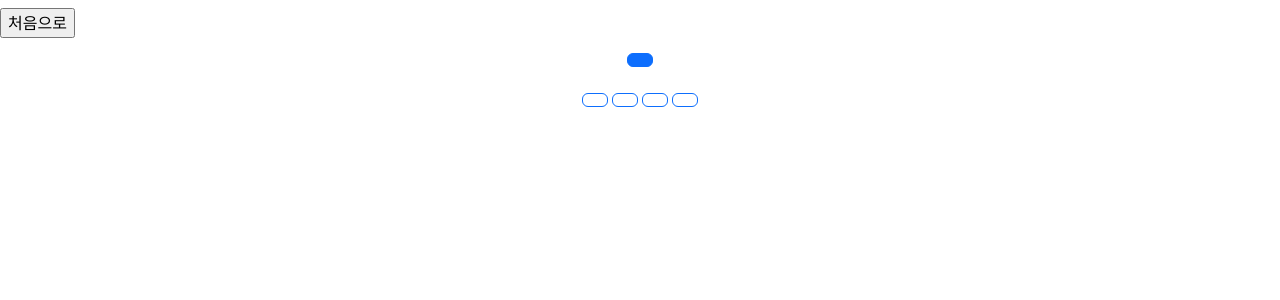
Repository: kokoko12334/myvocab-toy
Page: http://localhost/myVocabularyList/quiz
These files come from the project's save history. The page is drawn as it stood at one moment and after the next save; the edit follows.
The browser window is 1280 px wide. The pictures show the whole page.
After loading, the first visible `button.btn` was clicked once.
The page is served by Tomcat 9. The session is filled in as if someone had signed in: {"id": 1, "pwd": 1, "list": 1}. Other server files are loaded and not shown. Queries for data that is not in the repository find no rows.

Above is the page before, as saved 2023-04-07 14:13:14.
Console error: TypeError: Cannot read properties of undefined (reading 'sort')

### myVocabularyList/src/main/webapp/WEB-INF/views/myvocabulary/quiz.jsp
<%@ page language="java" contentType="text/html; charset=UTF-8"
    pageEncoding="UTF-8"%>
<%@ taglib prefix="c" uri = "http://java.sun.com/jsp/jstl/core" %>

<!DOCTYPE html>
<html>
<head>
<meta charset="UTF-8">
<title>quiz</title>
<link href="https://cdn.jsdelivr.net/npm/bootstrap@5.3.0-alpha3/dist/css/bootstrap.min.css" rel="stylesheet" integrity="sha384-KK94CHFLLe+nY2dmCWGMq91rCGa5gtU4mk92HdvYe+M/SXH301p5ILy+dN9+nJOZ" crossorigin="anonymous">


</head>

<body>
	<div class = "my-2">
		<form action = "/login" method = "post">
			<input type = "hidden" name = "id"  value = "${id}">
			<input type = "hidden" name = "pwd" value =  "${pwd}">
			<input type = submit value = "처음으로">
		</form>
	</div>

	<div id = "start" class="col text-center">
		<button class="btn btn-secondary btn-lg" onclick="start()">시작하기</button>
	</div>

	<div id = "quiz"  style = "display:none">

		<div class="col text-center">
			<button id = "eng" type="button" class="btn btn-primary"></button><br>
		</div>
		<div class="col text-center my-3">
			<button id = "op1" type="button" class="btn btn-outline-primary" onclick='next(this.id)'></button>
			<button id = "op2" type="button" class="btn btn-outline-primary" onclick='next(this.id)'></button>
			<button id = "op3" type="button" class="btn btn-outline-primary" onclick='next(this.id)'></button>
			<button id = "op4" type="button" class="btn btn-outline-primary" onclick='next(this.id)'></button>
		</div>
	</div>




	<div id = "end" style = "display:none">
		<div class="col text-center">
			<button type="button" class="btn btn-secondary btn-lg" onclick="location.href='/quiz?id=${param.id}&name=${param.name}'">재 시작</button>
		</div>
		<h3>결과</h3>
    <table class="table table-sm" id = "t">
        <colgroup>
            <col width=10%>
            <col width=20%>
            <col width=40%>
            <col width=30%>
        </colgroup>


        <tr>
            <th>-</th>
            <th>단어</th>
            <th>정답</th>
            <th>결과</th>
        </tr>




    </table>

	</div>


<script>
	function shuffle(array) {
	 array.sort(() => Math.random() - 0.5);
	}

	function random_quiz(arr){
 		//선택지 랜덤화
 		shuffle(arr);

 		var rand = {}
 		for(var i in arr){
 			var english = arr[i][0];
 			var korean = arr[i][1];




 			let difference = choose.filter(x => x !== korean);
 			var options = [korean];

 			for(var i = 0; i<3; i++){

 				const random = Math.floor(Math.random() * difference.length)
 				options.push(difference[random])
 				difference.splice(random,1)
 			}



 			rand[english] = options;
 		}

 	 return rand
 	}




 	var arr = new Array();
	var choose = new Array();
	var english = new Array();
 	const hash = {};
 	const score = {};
 	<c:forEach var = "w" items = "${list}" varStatus = "st">
 		arr.push(["${w[0]}","${w[1]}","${w[2]}"])
 		english.push("${w[0]}");
 		choose.push("${w[1]}");
 		hash["${w[0]}"] =  "${w[1]}"
 		score["${w[0]}"] = 0
 	</c:forEach>





 	const rand = random_quiz(arr);
 	shuffle(english);
 	console.log(english);
 	console.log(rand);


 	var idx = 0;

 	function start(){
 		document.getElementById("quiz").style.display ="";
 		document.getElementById("start").style.display ="none";

 		var e = english[idx];
 		var op_arr = rand[e];
 		shuffle(op_arr);
 		console.log(op_arr)
 		var option1 = op_arr[0]
 		var option2 = op_arr[1]
 		var option3 = op_arr[2]
 		var option4 = op_arr[3]
 		document.getElementById("eng").innerHTML=e;
 		document.getElementById("op1").innerHTML=option1;
 		document.getElementById("op2").innerHTML=option2;
 		document.getElementById("op3").innerHTML=option3;
 		document.getElementById("op4").innerHTML=option4;

 	}




	function next(op_id){

		var e = document.getElementById("eng").innerText;
		var k = document.getElementById(op_id).innerText;

		var correct = hash[e];

		if(k == correct){
			alert("맞았다!");
			score[e] += 1
			console.log(score[e])
		}else{
			alert("틀렸다...");
		}





		let table_tag = document.getElementById('t');

		let tr_tag = document.createElement('tr');
		table_tag.appendChild(tr_tag);
		if(score[e] == 1){
			var r = "맞춤"
		}else{ var r = "틀림"}

		var arr2 = [idx+1,e,correct, r];
		for(var i=0; i<4; i++){
			let td_tag = document.createElement('td');
			td_tag.innerHTML = arr2[i];
			if(r =="틀림"){
				td_tag.style.backgroundColor = '#F06E6E';
			}
			tr_tag.appendChild(td_tag);
		}




		idx += 1
 		if(idx < arr.length){

 			var e = english[idx];
 	 		var op_arr = rand[e];
 	 		shuffle(op_arr);
 	 		console.log(op_arr)
 	 		var option1 = op_arr[0]
 	 		var option2 = op_arr[1]
 	 		var option3 = op_arr[2]
 	 		var option4 = op_arr[3]
 	 		document.getElementById("eng").innerHTML=e;
 	 		document.getElementById("op1").innerHTML=option1;
 	 		document.getElementById("op2").innerHTML=option2;
 	 		document.getElementById("op3").innerHTML=option3;
 	 		document.getElementById("op4").innerHTML=option4;

 		}else{
 			document.getElementById("end").style.display ="";
 			document.getElementById("quiz").style.display ="none";




 		}


 	};




</script>





</html>

### myVocabularyList/src/main/java/com/ko/web/controller/QuizController.java
package com.ko.web.controller;

import java.io.IOException;
import java.sql.SQLException;
import java.util.List;

import javax.servlet.ServletException;
import javax.servlet.annotation.WebServlet;
import javax.servlet.http.HttpServlet;
import javax.servlet.http.HttpServletRequest;
import javax.servlet.http.HttpServletResponse;

import com.ko.web.service.WordsService;


@WebServlet("/quiz")
public class QuizController extends HttpServlet {



	@Override
	protected void doGet(HttpServletRequest req, HttpServletResponse resp) throws ServletException, IOException {

		String id = req.getParameter("id");
		String vocabName = req.getParameter("name");


		WordsService svc = new WordsService();


		try {

			List<List<String>> list = svc.getwords(id, vocabName);
			req.setAttribute("list", list);
			req.getRequestDispatcher("/WEB-INF/views/myvocabulary/quiz.jsp").forward(req, resp);

		} catch (ClassNotFoundException e) {

			e.printStackTrace();
		} catch (SQLException e) {

			e.printStackTrace();
		}












	}

}

### myVocabularyList/src/main/java/com/ko/web/service/WordsService.java
package com.ko.web.service;

import java.sql.Connection;
import java.sql.DriverManager;
import java.sql.PreparedStatement;
import java.sql.ResultSet;
import java.sql.SQLException;
import java.util.ArrayList;
import java.util.HashMap;
import java.util.List;

import com.ko.web.entity.WordsDto;
import com.mysql.cj.protocol.Resultset;

public class WordsService {
	String driver = "com.mysql.cj.jdbc.Driver";
	String url = "jdbc:mysql://localhost:3306/myvocab";
	String user = "test";
	String password = "1234";


	public int insert(WordsDto dto) throws ClassNotFoundException, SQLException {

		String id = dto.getId();
		String vocabName = dto.getVocabName();
		String english = dto.getEnglish();
		String korean = dto.getKorean();

		// 중복 단어 체크
		List<List<String>> list = new ArrayList<>();

		list = getwords(id, vocabName);

		for(List<String> i: list) {

			String check = i.get(0);

			if(check.equals(english)) {
				return -1;
			}

		}


		Class.forName(driver);

		Connection con = DriverManager.getConnection(url, user,password);

		String sql = "INSERT INTO words(id, vocab_name, english, korean) VALUES(?,?,?,?)";

		PreparedStatement psmt = con.prepareStatement(sql);

		psmt.setString(1, id);
		psmt.setString(2, vocabName);
		psmt.setString(3, english);
		psmt.setString(4, korean);



		int result = psmt.executeUpdate();


		psmt.close();
		con.close();


		return result;
	}


	public List<List<String>> getwords(String id, String vocabName) throws ClassNotFoundException, SQLException{

		String english;
		String korean;
		String score;

		Class.forName(driver);

		Connection con = DriverManager.getConnection(url, user,password);

		String sql = "SELECT english, korean, score FROM words WHERE id = ? AND vocab_name = ?";

		PreparedStatement psmt = con.prepareStatement(sql);

		psmt.setString(1, id);
		psmt.setString(2, vocabName);


		ResultSet rs = psmt.executeQuery();


		List<List<String>> list = new ArrayList<>();

		while(rs.next()) {

			List<String> words = new ArrayList<>();

			english = rs.getString("english");
			korean = rs.getString("korean");
			score = rs.getString("score");

			words.add(english);
			words.add(korean);
			words.add(score);

			list.add(words);
		}

		rs.close();
		psmt.close();
		con.close();


		return list;
	}

	public int deleteWord(WordsDto dto) throws ClassNotFoundException, SQLException {

		String id = dto.getId();
		String vocabName = dto.getVocabName();
		String english = dto.getEnglish();
		String korean = dto.getKorean();

		Class.forName(driver);

		Connection con = DriverManager.getConnection(url, user,password);

		String sql = "DELETE FROM words WHERE id = ? AND vocab_name = ? AND english = ? AND korean = ?";

		PreparedStatement psmt = con.prepareStatement(sql);

		psmt.setString(1, id);
		psmt.setString(2, vocabName);
		psmt.setString(3, english);
		psmt.setString(4, korean);

		int result = psmt.executeUpdate();


		psmt.close();
		con.close();

		return result;
	}


	public int updateWord(WordsDto dto, String changedEnglish, String changedKorean) throws ClassNotFoundException, SQLException {


		String id = dto.getId();
		String vocabName = dto.getVocabName();
		String english = dto.getEnglish();

		Class.forName(driver);

		Connection con = DriverManager.getConnection(url, user,password);

		String sql = "UPDATE words SET english = ?, korean = ? WHERE id = ? AND vocab_name= ? AND english = ?";

		PreparedStatement psmt = con.prepareStatement(sql);

		psmt.setString(1, changedEnglish);
		psmt.setString(2, changedKorean);
		psmt.setString(3, id);
		psmt.setString(4, vocabName);
		psmt.setString(5, english);



		int result = psmt.executeUpdate();


		psmt.close();
		con.close();


		return result;


	}
}

After the next save:
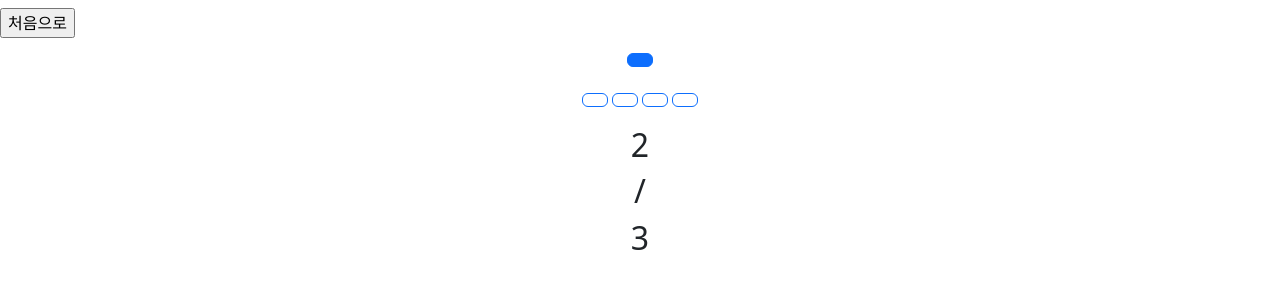
Saved 4 min 45 s later.
--- a/myVocabularyList/src/main/webapp/WEB-INF/views/myvocabulary/quiz.jsp
+++ b/myVocabularyList/src/main/webapp/WEB-INF/views/myvocabulary/quiz.jsp
@@ -36,6 +36,13 @@
 			<button id = "op3" type="button" class="btn btn-outline-primary" onclick='next(this.id)'></button>
 			<button id = "op4" type="button" class="btn btn-outline-primary" onclick='next(this.id)'></button>
 		</div>
+
+		<div class="col text-center">
+			<h2 id = "count">2</h2>
+			<h2>/</h2>
+			<h2>3</h2>
+		</div>
+
 	</div>
 
 
@@ -150,6 +157,7 @@
  		document.getElementById("op2").innerHTML=option2;
  		document.getElementById("op3").innerHTML=option3;
  		document.getElementById("op4").innerHTML=option4;
+ 		document.getElementById("count").innerHTML=option4;
 
  	}
 
